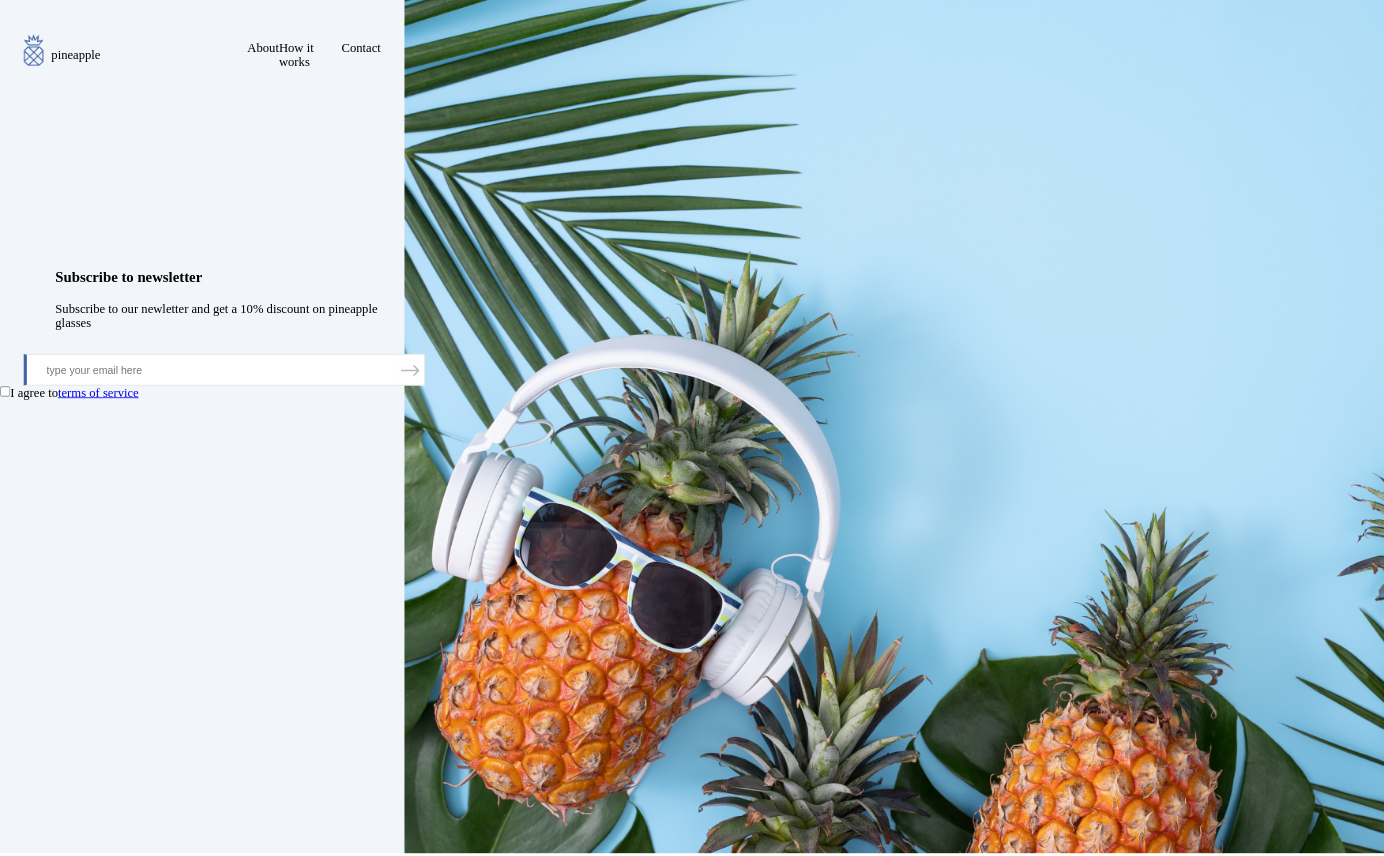
Repository: PaulsBebris/megabit-task
Page: /
These files come from the project's save history. The page is drawn as it stood at one moment and after the next save; the edit follows.
The browser window is 1280 px wide. The page is 1752 px wide, then 1280 px, then 1752 px, so the pictures cover 1752 px, including what lies to the right of the window. The pictures show the whole page, at 79% of full size.
The project was rebuilt for these pictures with package versions that can differ from the ones it lists, and the page was loaded fresh each time.

Above is the page before, as saved 2021-04-19 14:23:54.

### src/App.vue
<template>
  <div id="app">
    <!-- <div id="nav">
      <router-link to="/">Home</router-link> |
      <router-link to="/about">About</router-link>
    </div> -->
    <router-view/>
  </div>
</template>

<style lang="scss">
// normalize
* {
  padding: 0;
  margin: 0;
  box-sizing: border-box;
}
// #app {
//   font-family: Avenir, Helvetica, Arial, sans-serif;
//   -webkit-font-smoothing: antialiased;
//   -moz-osx-font-smoothing: grayscale;
//   text-align: center;
//   color: #2c3e50;
// }

// #nav {
//   padding: 30px;

//   a {
//     font-weight: bold;
//     color: #2c3e50;

//     &.router-link-exact-active {
//       color: #42b983;
//     }
//   }
// }
</style>

### src/router/index.js
import Vue from 'vue'
import VueRouter from 'vue-router'
import Home from '../views/Home.vue'

Vue.use(VueRouter)

const routes = [
  {
    path: '/',
    name: 'Home',
    component: Home
  }
]

const router = new VueRouter({
  routes
})

export default router

// {
// path: '/about',
// name: 'About',
// route level code-splitting
// this generates a separate chunk (about.[hash].js) for this route
// which is lazy-loaded when the route is visited.
// component: () => import(/* webpackChunkName: "about" */ '../views/About.vue')
// }

### src/views/Home.vue
<template>
  <div class="home">
    <div class="base">
      <div class="header-wrapper">
        <div class="logo">
          <img src="../assets/img/pineapple.png" alt="pineapple">
          <span>pineapple</span>
        </div>
        <div class="main-menu">
          <div>About</div>
          <div>How it works</div>
          <div>Contact</div>
        </div>
      </div>
      <div class="content-wrapper">
        <h3>Subscribe to newsletter</h3>
        <p>Subscribe to our newletter and get a 10% discount on pineapple glasses</p>
      </div>
      <div class="subscribe-form-wrapper">
        <input type="text" placeholder="type your email here" @click="onSubscribe" v-model="email" >
        <div class="submit-button">
          <span>
            <img src="../assets/img/ic_arrow.svg" alt="arrow">
          </span>
        </div>
      </div>
      <div class="terms-of-use">
        <input type="checkbox" name="agreedOnTerms" id="">I agree to<a href="#">terms of service</a>
      </div>
      <div class="social-wrapper"></div>
    </div>
    <div class="base-image">
      <img :src=sommer alt="">
    </div>
  </div>
</template>

<script>
import sommer from '@/assets/img/sommer.png'

export default {
  name: 'Home',
  components: {},
  data () {
    return {
      sommer,
      email: ''
    }
  },
  methods: {
    onSubscribe () {
      // axios send data
    }
  }
}
</script>

<style lang="scss" scoped>
@import "../assets/scss/defaults.scss";
.home {
  display: flex;
  // grid-template-columns: 3fr 1fr;
  // grid-template-rows: 100vh;
  width: 680px;
  height: 1080px;
  // color: $blue;
  background-color: $light-blue;
}
.base {
  width: 40vw;
  height: 1080px;
}
.base-image {
  width: 60vw;
}
.base-image img {
  max-height: 1080px;
}
.header-wrapper {
  display: flex;
  justify-content: space-between;
  margin: 50px 0 250px 0;
  align-items: center;
}
.logo {
  margin-left: 30px;
  display: flex;
  align-items: center;
}
.logo img {
  margin-right: 10px;
  position: relative;
  top: -7px;
}
.main-menu {
  margin-right: 30px;
  display: flex;
  justify-content: space-between;
  width: 33%;
}
.content-wrapper {
  padding-left: 70px;
}
.content-wrapper :first-child {
  margin-bottom: 20px;
}
.content-wrapper p {
  margin-bottom: 30px;
}
.subscribe-form-wrapper {
  display: flex;
  justify-content: right;
  width: 42vw;
}
.subscribe-form-wrapper input {
  border: none;
  border-left: 4px solid $blue;
  padding-left: 25px;
  margin-left: 30px;
  height: 40px;
  z-index: 2;
  width: 90%;
  border-top: 1px solid $light-grey;
  border-bottom: 1px solid $light-grey;
}
.submit-button {
  z-index: 2;
  width: 38px;
  background-color: #fff;
  border-top: 1px solid $light-grey;
  border-right: 1px solid $light-grey;
  border-bottom: 1px solid $light-grey;
  height: 40px;
}
.submit-button {
  display: flex;
  justify-content: center;
  align-items: center;
}
.submit-button span {
  margin-top: 5px;
}
// mobile
@media screen and (max-width: 1024px) {
  .base-image {
    display: none;
  }
  .base {
    width: 100vw;
    background-image: url('../assets/img/sommer.png');
    background-repeat: no-repeat;
    background-position: center;
    background-attachment: fixed;
    background-size: cover;
    max-height: 746px;
  }
}
</style>

### src/assets/scss/_defaults.scss
$blue: #4066A5;
$black: #131821;
$grey: #6A707B;
$light-grey: #E3E3E4;
$light-blue: #F2F5FA;

Loaded but not shown: public/index.html (common file); src/main.js (common file); src/store/index.js (common file)

After the next save:
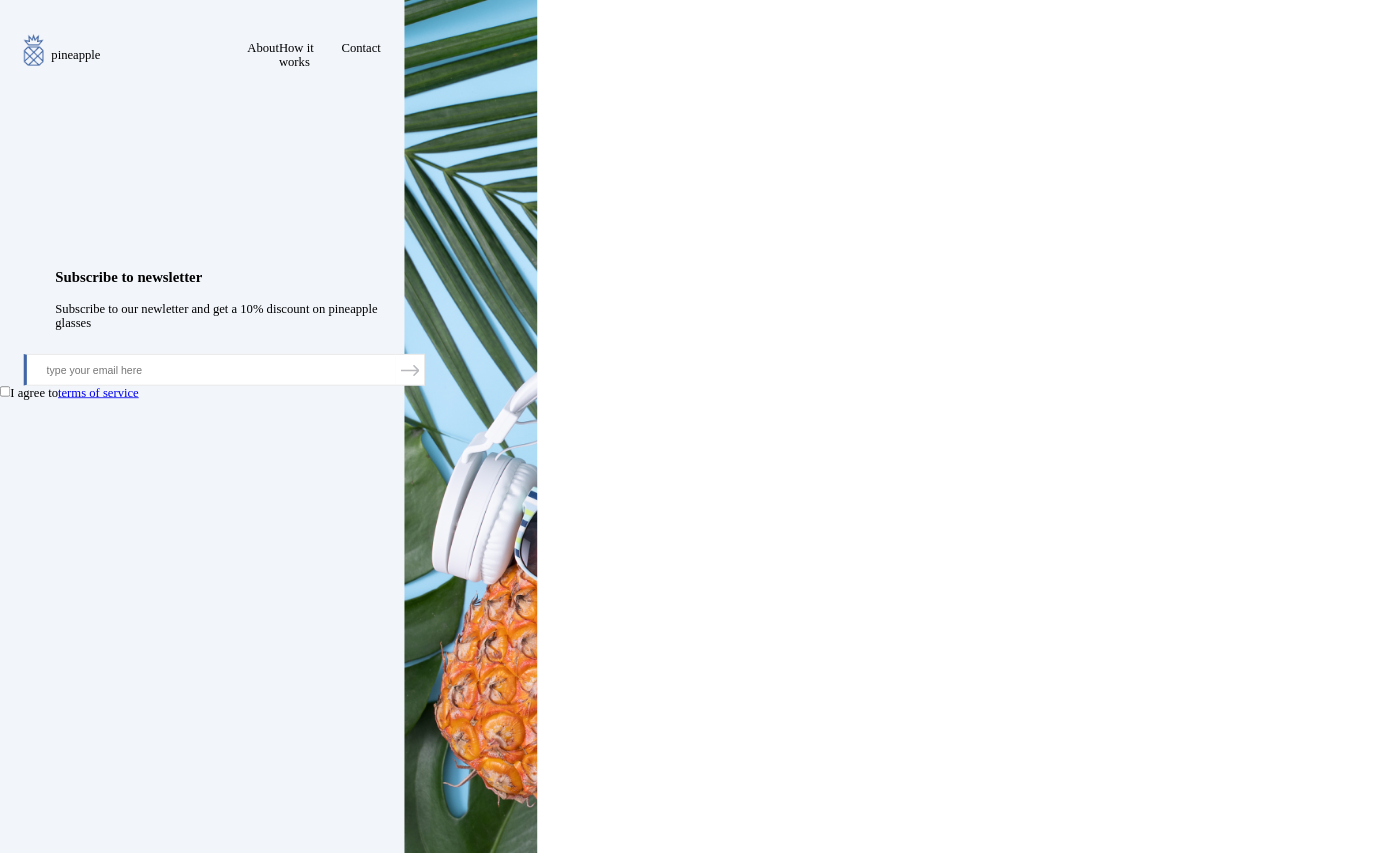
Saved 31 s later.
--- a/src/views/Home.vue
+++ b/src/views/Home.vue
@@ -65,6 +65,7 @@
   height: 1080px;
   // color: $blue;
   background-color: $light-blue;
+  overflow: hidden;
 }
 .base {
   width: 40vw;

After the save that followed:
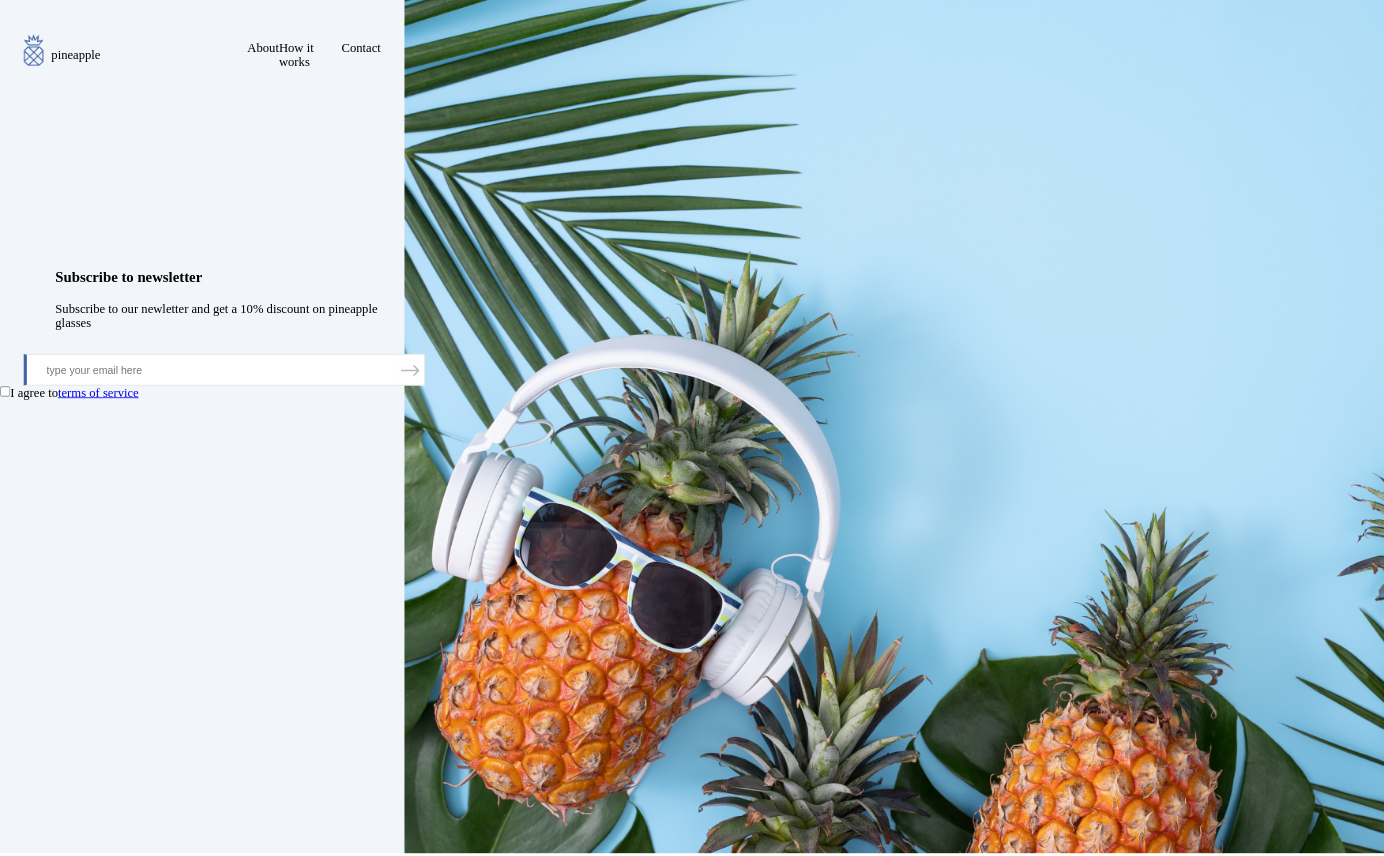
Saved 13 s later.
--- a/src/views/Home.vue
+++ b/src/views/Home.vue
@@ -65,7 +65,7 @@
   height: 1080px;
   // color: $blue;
   background-color: $light-blue;
-  overflow: hidden;
+  // overflow: hidden;
 }
 .base {
   width: 40vw;
